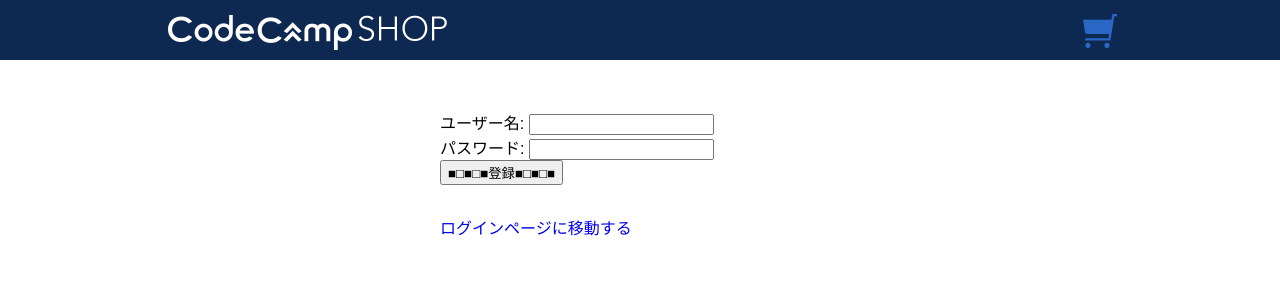
Repository: tppei/PHP
Page: http://localhost/htdocs/php25/ec_userregister.php
The author's editor kept a record of every edit. The page is drawn from the files as they stood at one moment, then again after the next edit.
The browser window is 1280 px wide. The pictures show the whole page.
The first visible `a` is being pressed.
The page is run by PHP 8.4 with error messages shown; the project is at /var/www/html/. Queries for data that is not in the repository find no rows.

Above is the page before.
Not found: htdocs/php25/css/image/cart.png

After the next edit:
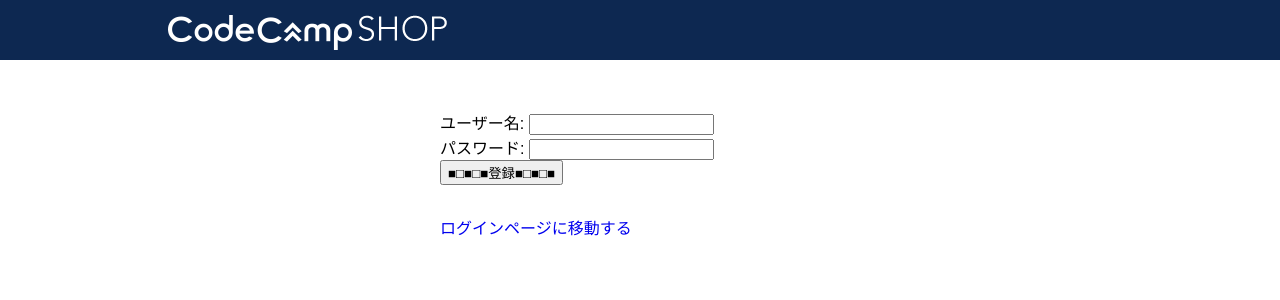
Not found: htdocs/php25/css/images/cart_on.png
The edit:
--- a/htdocs/php25/css/common.css
+++ b/htdocs/php25/css/common.css
@@ -68,7 +68,7 @@
 }
 
 a:active.cart {
-  background: url("../images/cart_on.png") no-repeat;
+  background: url("./images/cart_on.png") no-repeat;
 }
 
 .nemu {

After the 2 edits that followed:
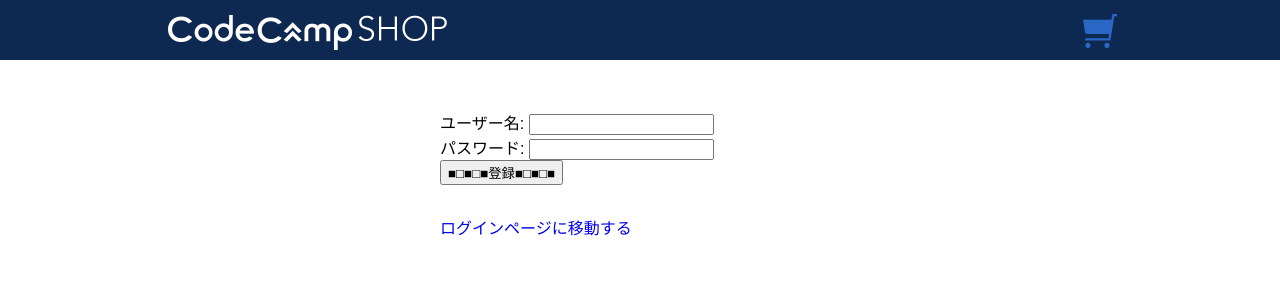
The 2 edits are shown as one change because 1 left the picture as it was.
The edit:
--- a/htdocs/php25/css/common.css
+++ b/htdocs/php25/css/common.css
@@ -64,11 +64,11 @@
 }
 
 a:hover.cart {
-  background: url("./images/cart_hover.png") no-repeat;
+  background: url("./image/cart_hover.png") no-repeat;
 }
 
 a:active.cart {
-  background: url("./images/cart_on.png") no-repeat;
+  background: url("./image/cart_on.png") no-repeat;
 }
 
 .nemu {
